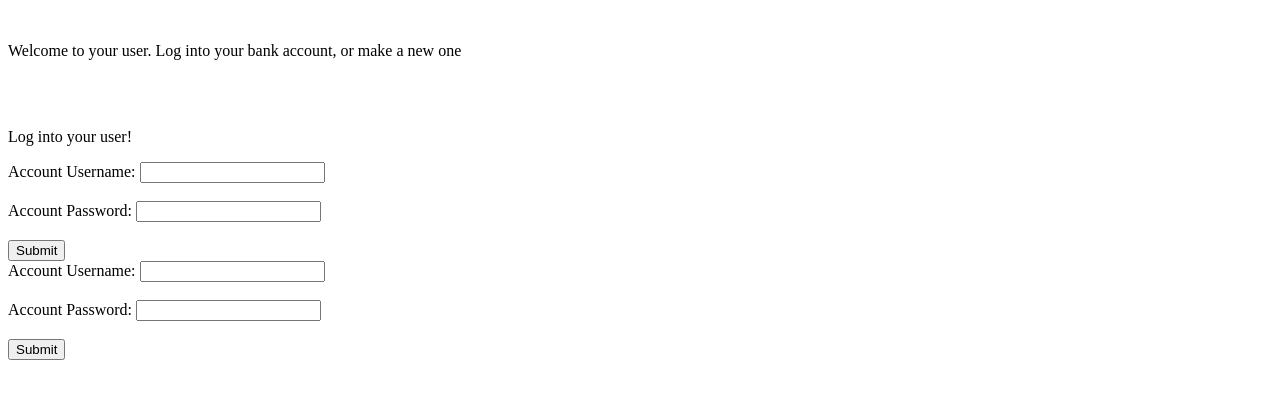
Repository: hcm4990/BankingApplicationRestAPI
Page: gs-serving-web-content-complete/src/main/resources/static/account.html
These files come from the project's save history. The page is drawn as it stood at one moment and after the next save; the edit follows.
The browser window is 1280 px wide. The pictures show the whole page.

Above is the page before, as saved 2020-04-06 15:13:04.

### gs-serving-web-content-complete/src/main/resources/static/account.html
<!DOCTYPE HTML>
<html>
<head>
<title>Your User</title>
<meta http-equiv="Content-Type" content="text/html; charset=UTF-8" />
</head>
<body>
	<br>
	<p>Welcome to your user. Log into your bank account, or make a new one</p>
	<br>
	<br>
	<p><p>Log into your user!</p>
	<form action="/transaction">
		<label for="user_id">Account Username:</label> <input type="text" id="user_id"
			name="user_id"><br> <br>
		<label for="pass_word">Account Password:</label> <input type="text" id="pass_word"
			name="pass_word"><br>
		<br> <input type="submit" value="Submit">
	</form>
	<form action="/transaction">
		<label for="user_id">Account Username:</label> <input type="text" id="user_id"
			name="user_id"><br> <br>
		<label for="pass_word">Account Password:</label> <input type="text" id="pass_word"
			name="pass_word"><br>
		<br> <input type="submit" value="Submit">
	</form>
</body>
</html>

After the next save:
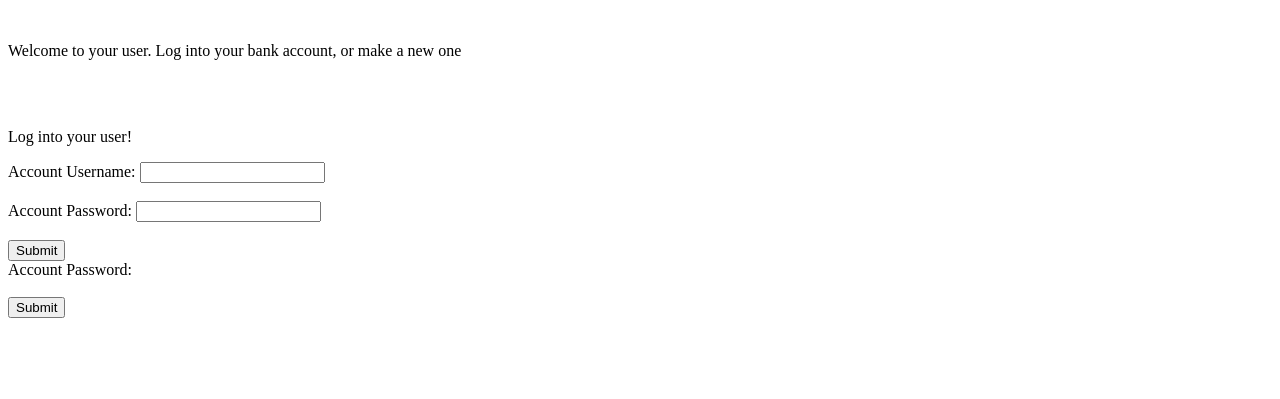
Saved 11 s later.
--- a/gs-serving-web-content-complete/src/main/resources/static/account.html
+++ b/gs-serving-web-content-complete/src/main/resources/static/account.html
@@ -18,10 +18,7 @@
 		<br> <input type="submit" value="Submit">
 	</form>
 	<form action="/transaction">
-		<label for="user_id">Account Username:</label> <input type="text" id="user_id"
-			name="user_id"><br> <br>
-		<label for="pass_word">Account Password:</label> <input type="text" id="pass_word"
-			name="pass_word"><br>
+		<label for="pass_word">Account Password:</label><br>
 		<br> <input type="submit" value="Submit">
 	</form>
 </body>
